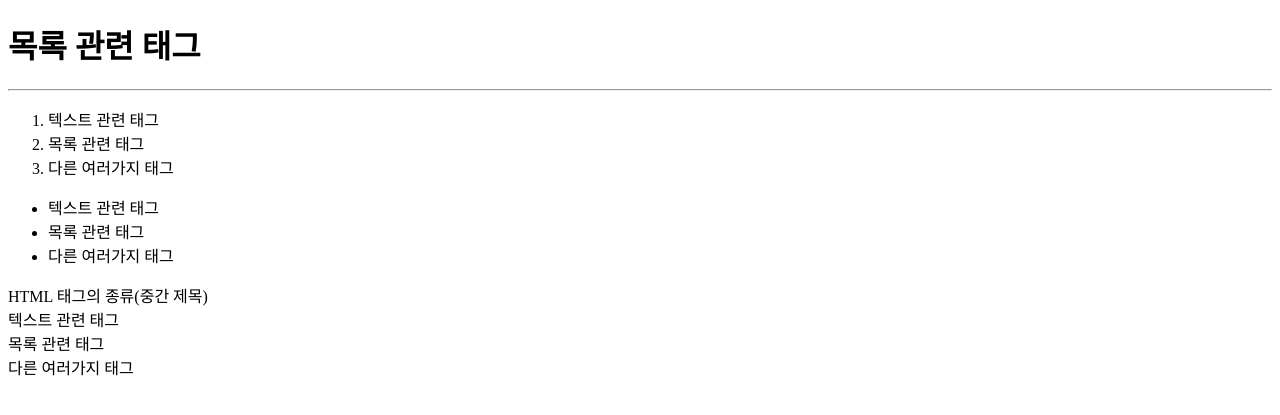
Repository: yhj4130/WebStudy
Page: WebApp01/WebContent/Test002.html
These files come from the project's save history. The page is drawn as it stood at one moment and after the next save; the edit follows.
The browser window is 1280 px wide. The pictures show the whole page.

Above is the page before, as saved 2019-04-29 07:21:22.

### WebApp01/WebContent/Test002.html
<!DOCTYPE html>
<html>
<head>
<meta charset="UTF-8">
<title>Test002.html</title>
</head>
<body>

<div>
	<h1>목록 관련 태그</h1>
	<hr>
</div>

<div>
	<ol>
		<li>텍스트 관련 태그</li>
		<li>목록 관련 태그</li>
		<li>다른 여러가지 태그</li>
	</ol>

	<ul>
		<li>텍스트 관련 태그</li>
		<li>목록 관련 태그</li>
		<li>다른 여러가지 태그</li>
	</ul>

	<dl>
		<dt>HTML 태그의 종류(중간 제목)</dt>
		<dt>텍스트 관련 태그</dt>
		<dt>목록 관련 태그</dt>
		<dt>다른 여러가지 태그</dt>
	</dl>
</div>

</body>
</html>

After the next save:
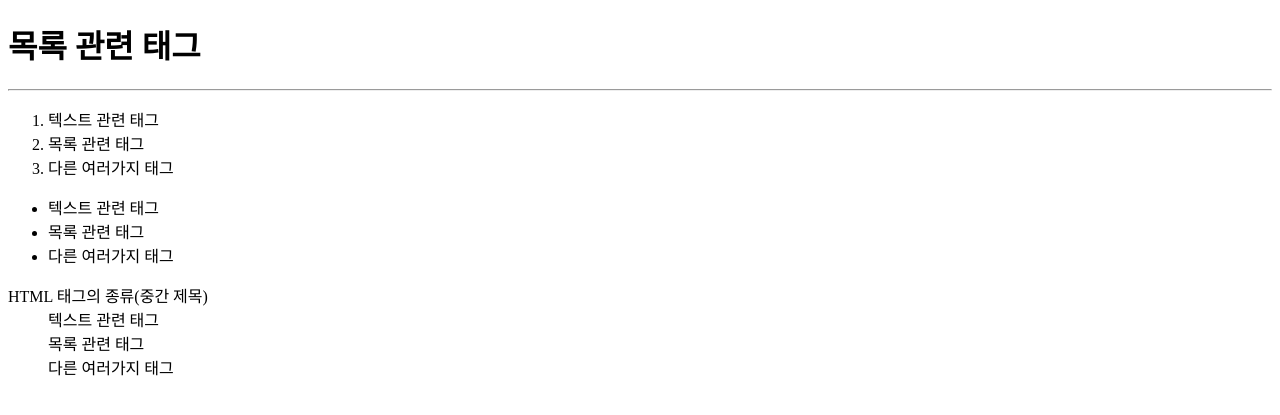
Saved 74 s later.
--- a/WebApp01/WebContent/Test002.html
+++ b/WebApp01/WebContent/Test002.html
@@ -26,9 +26,9 @@
 
 	<dl>
 		<dt>HTML 태그의 종류(중간 제목)</dt>
-		<dt>텍스트 관련 태그</dt>
-		<dt>목록 관련 태그</dt>
-		<dt>다른 여러가지 태그</dt>
+		<dd>텍스트 관련 태그</dd>
+		<dd>목록 관련 태그</dd>
+		<dd>다른 여러가지 태그</dd>
 	</dl>
 </div>
 
